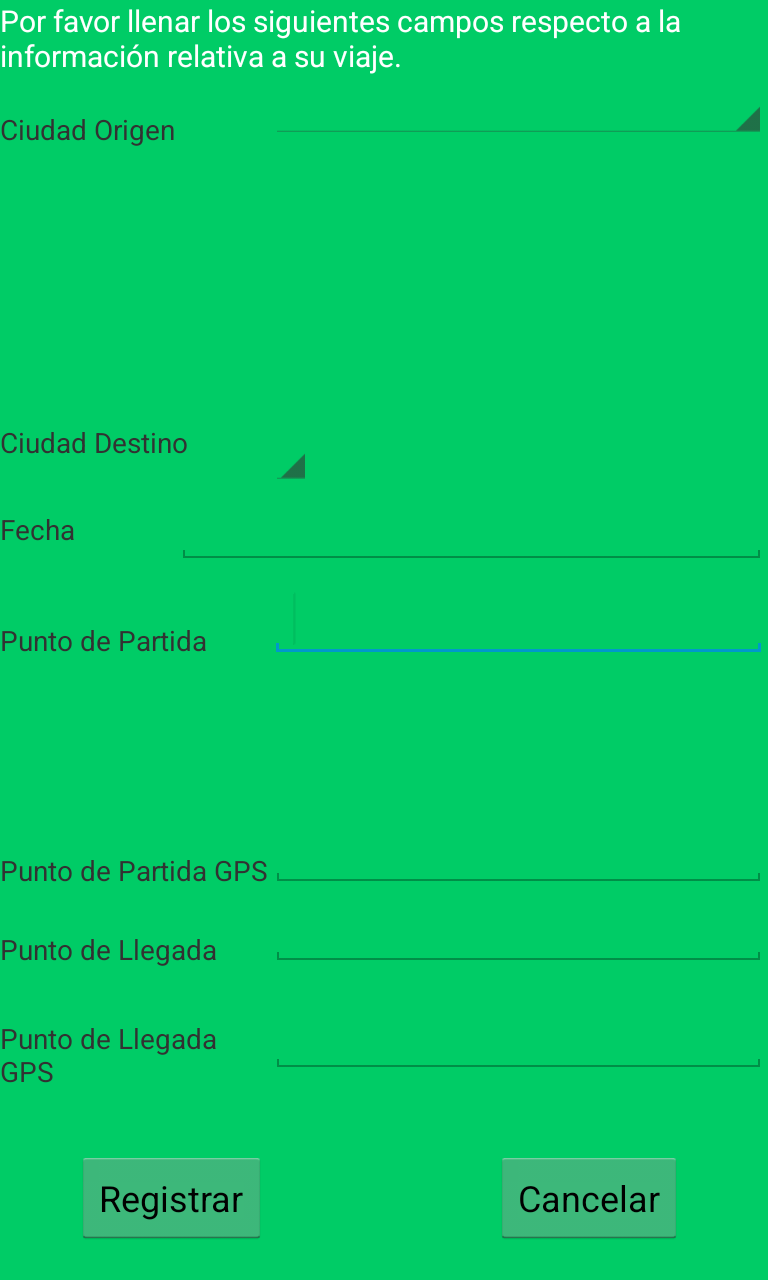
Repository: fmora/ProyectoMultimedios
Layout: MainActivity/MainActivity/res/layout/register_travel.xml
These files come from the project's save history. The layout is drawn as it stood at one moment and after the next save; the edit follows.
It is drawn on a 768 x 1280 px phone screen (xhdpi) without system bars, with theme AppTheme; the app's code is not run.

Above is the layout before, as saved 2013-12-20 01:53:54.

### MainActivity/MainActivity/res/layout/register_travel.xml
<?xml version="1.0" encoding="utf-8"?>
<RelativeLayout xmlns:android="http://schemas.android.com/apk/res/android"
    android:layout_width="match_parent"
    android:layout_height="match_parent"
    android:orientation="vertical"
	android:background="#ff00cc66" >

	<requestFocus />

    <TextView
        android:id="@+id/textView1"
        android:layout_width="wrap_content"
        android:layout_height="wrap_content"
        android:layout_alignParentLeft="true"
        android:text="@string/es_registerTravel"
        android:textSize="15sp"
        android:textColor="#ffffffff" />

    <Button
        android:id="@+id/button2"
        android:layout_width="wrap_content"
        android:layout_height="wrap_content"
        android:layout_alignBaseline="@+id/button1"
        android:layout_alignBottom="@+id/button1"
        android:layout_alignParentRight="true"
        android:layout_marginRight="42dp"
        android:text="@string/es_cancel" />

    <EditText
        android:id="@+id/editText5"
        android:layout_width="wrap_content"
        android:layout_height="wrap_content"
        android:layout_alignBottom="@+id/textView6"
        android:layout_alignLeft="@+id/EditText01"
        android:layout_alignParentRight="true"
        android:ems="10" >

        <requestFocus />
    </EditText>

    <EditText
        android:id="@+id/editText6"
        android:layout_width="wrap_content"
        android:layout_height="wrap_content"
        android:layout_alignBottom="@+id/textView7"
        android:layout_alignParentRight="true"
        android:layout_toRightOf="@+id/TextView02"
        android:ems="10" />

    <EditText
        android:id="@+id/editText3"
        android:layout_width="wrap_content"
        android:layout_height="wrap_content"
        android:layout_alignBaseline="@+id/textView4"
        android:layout_alignBottom="@+id/textView4"
        android:layout_alignParentRight="true"
        android:layout_toRightOf="@+id/textView2" />

    <EditText
        android:id="@+id/EditText02"
        android:layout_width="wrap_content"
        android:layout_height="wrap_content"
        android:layout_alignBaseline="@+id/TextView02"
        android:layout_alignBottom="@+id/TextView02"
        android:layout_alignLeft="@+id/editText6"
        android:layout_alignParentRight="true"
        android:ems="10" />

    <Spinner
        android:id="@+id/spinner1"
        android:layout_width="wrap_content"
        android:layout_height="wrap_content"
        android:layout_alignParentRight="true"
        android:layout_below="@+id/textView1"
        android:layout_toRightOf="@+id/TextView02" />

    <Spinner
        android:id="@+id/spinner2"
        android:layout_width="wrap_content"
        android:layout_height="wrap_content"
        android:layout_above="@+id/editText3"
        android:layout_toRightOf="@+id/TextView01" />

    <TextView
        android:id="@+id/textView2"
        android:layout_width="wrap_content"
        android:layout_height="wrap_content"
        android:layout_alignParentLeft="true"
        android:layout_alignTop="@+id/spinner1"
        android:layout_marginTop="17dp"
        android:text="@string/es_source" />

    <TextView
        android:id="@+id/textView3"
        android:layout_width="wrap_content"
        android:layout_height="wrap_content"
        android:layout_alignParentLeft="true"
        android:layout_alignTop="@+id/spinner2"
        android:text="@string/es_destination" />

    <TextView
        android:id="@+id/textView4"
        android:layout_width="wrap_content"
        android:layout_height="wrap_content"
        android:layout_above="@+id/editText5"
        android:layout_alignParentLeft="true"
        android:layout_marginBottom="16dp"
        android:text="@string/es_date" />

    <TextView
        android:id="@+id/textView6"
        android:layout_width="wrap_content"
        android:layout_height="wrap_content"
        android:layout_alignParentLeft="true"
        android:layout_centerVertical="true"
        android:text="@string/es_sourcePoint" />

    <EditText
        android:id="@+id/EditText01"
        android:layout_width="wrap_content"
        android:layout_height="wrap_content"
        android:layout_alignBottom="@+id/TextView01"
        android:layout_alignLeft="@+id/editText6"
        android:layout_alignParentRight="true"
        android:ems="10" />

    <TextView
        android:id="@+id/TextView02"
        android:layout_width="wrap_content"
        android:layout_height="wrap_content"
        android:layout_above="@+id/button1"
        android:layout_alignParentLeft="true"
        android:layout_marginBottom="30dp"
        android:layout_toLeftOf="@+id/spinner2"
        android:text="@string/es_destinationPointGPS" />

    <TextView
        android:id="@+id/textView7"
        android:layout_width="wrap_content"
        android:layout_height="wrap_content"
        android:layout_above="@+id/EditText02"
        android:layout_alignLeft="@+id/TextView01"
        android:layout_marginBottom="14dp"
        android:text="@string/es_destinationPoint" />

    <Button
        android:id="@+id/button1"
        android:layout_width="wrap_content"
        android:layout_height="wrap_content"
        android:layout_alignParentBottom="true"
        android:layout_marginBottom="17dp"
        android:layout_toRightOf="@+id/textView4"
        android:text="@string/es_register" />

    <TextView
        android:id="@+id/TextView01"
        android:layout_width="wrap_content"
        android:layout_height="wrap_content"
        android:layout_above="@+id/editText6"
        android:layout_alignParentLeft="true"
        android:text="@string/es_sourcePointGPS" />

</RelativeLayout>

### MainActivity/MainActivity/res/values/strings.xml
<?xml version="1.0" encoding="utf-8"?>
<resources>

    <string name="app_name">Carpooling</string>
    <string name="action_settings">Settings</string>
    <string name="hello_world">Hello world!</string>
    <string name="es_registerTravel">Por favor llenar los siguientes campos respecto a la información relativa a su viaje.</string>
    <string name="es_source">Ciudad Origen</string>
    <string name="es_destination">Ciudad Destino</string>
    <string name="es_date">Fecha</string>
    <string name="es_hour">Hora</string>
    <string name="es_sourcePoint">Punto de Partida</string>
    <string name="es_sourcePointGPS">Punto de Partida GPS</string>
    <string name="es_destinationPoint">Punto de Llegada</string>
    <string name="es_destinationPointGPS">Punto de Llegada GPS</string>
    <string name="es_register">Registrar</string>
    <string name="es_cancel">Cancelar</string>
    <string name="title_activity_register_travel">Registro de Viaje</string>
    <string name="es_registring">Registrando</string>
    <string name="es_canceling">Cancelado</string>
    <string name="es_finish">Finalizado</string>
    <string name="es_registered">Registrado</string>
    <string name="es_loaded">Datos Cargados</string>
    <string name="es_search">Buscar</string>
    <string name="name">user</string>
    <string name="pass">pass</string>
    <string name="error_message">Usuario y contraseña incorrectos, por favor ingrese nuevamente.</string>
    <string name="title_activity_search__travel">Search_Travel</string>
    <string name="title_activity_search_travel">SearchTravel</string>

</resources>

Loaded but not shown: MainActivity/MainActivity/res/values/styles.xml (common file); MainActivity/MainActivity/res/values-v11/styles.xml (common file); MainActivity/MainActivity/res/values-v14/styles.xml (common file)

After the next save:
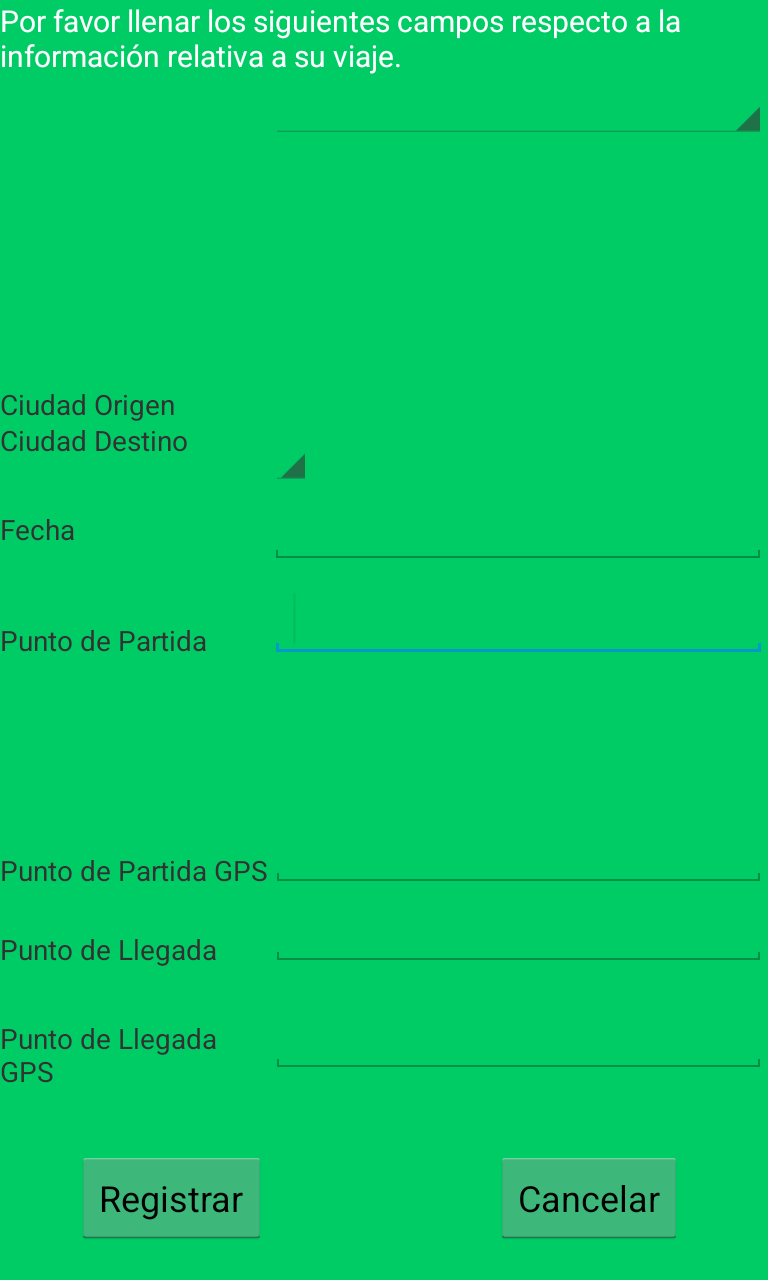
Saved 19 min 15 s later.
--- a/MainActivity/MainActivity/res/layout/register_travel.xml
+++ b/MainActivity/MainActivity/res/layout/register_travel.xml
@@ -54,7 +54,7 @@
         android:layout_alignBaseline="@+id/textView4"
         android:layout_alignBottom="@+id/textView4"
         android:layout_alignParentRight="true"
-        android:layout_toRightOf="@+id/textView2" />
+        android:layout_toRightOf="@+id/button1" />
 
     <EditText
         android:id="@+id/EditText02"
@@ -80,23 +80,6 @@
         android:layout_height="wrap_content"
         android:layout_above="@+id/editText3"
         android:layout_toRightOf="@+id/TextView01" />
-
-    <TextView
-        android:id="@+id/textView2"
-        android:layout_width="wrap_content"
-        android:layout_height="wrap_content"
-        android:layout_alignParentLeft="true"
-        android:layout_alignTop="@+id/spinner1"
-        android:layout_marginTop="17dp"
-        android:text="@string/es_source" />
-
-    <TextView
-        android:id="@+id/textView3"
-        android:layout_width="wrap_content"
-        android:layout_height="wrap_content"
-        android:layout_alignParentLeft="true"
-        android:layout_alignTop="@+id/spinner2"
-        android:text="@string/es_destination" />
 
     <TextView
         android:id="@+id/textView4"
@@ -160,4 +143,21 @@
         android:layout_alignParentLeft="true"
         android:text="@string/es_sourcePointGPS" />
 
+    <TextView
+        android:id="@+id/textView2"
+        android:layout_width="wrap_content"
+        android:layout_height="wrap_content"
+        android:layout_above="@+id/spinner2"
+        android:layout_alignParentLeft="true"
+        android:text="@string/es_source" />
+
+    <TextView
+        android:id="@+id/textView3"
+        android:layout_width="wrap_content"
+        android:layout_height="wrap_content"
+        android:layout_alignBottom="@+id/spinner2"
+        android:layout_alignParentLeft="true"
+        android:layout_marginBottom="14dp"
+        android:text="@string/es_destination" />
+
 </RelativeLayout>
